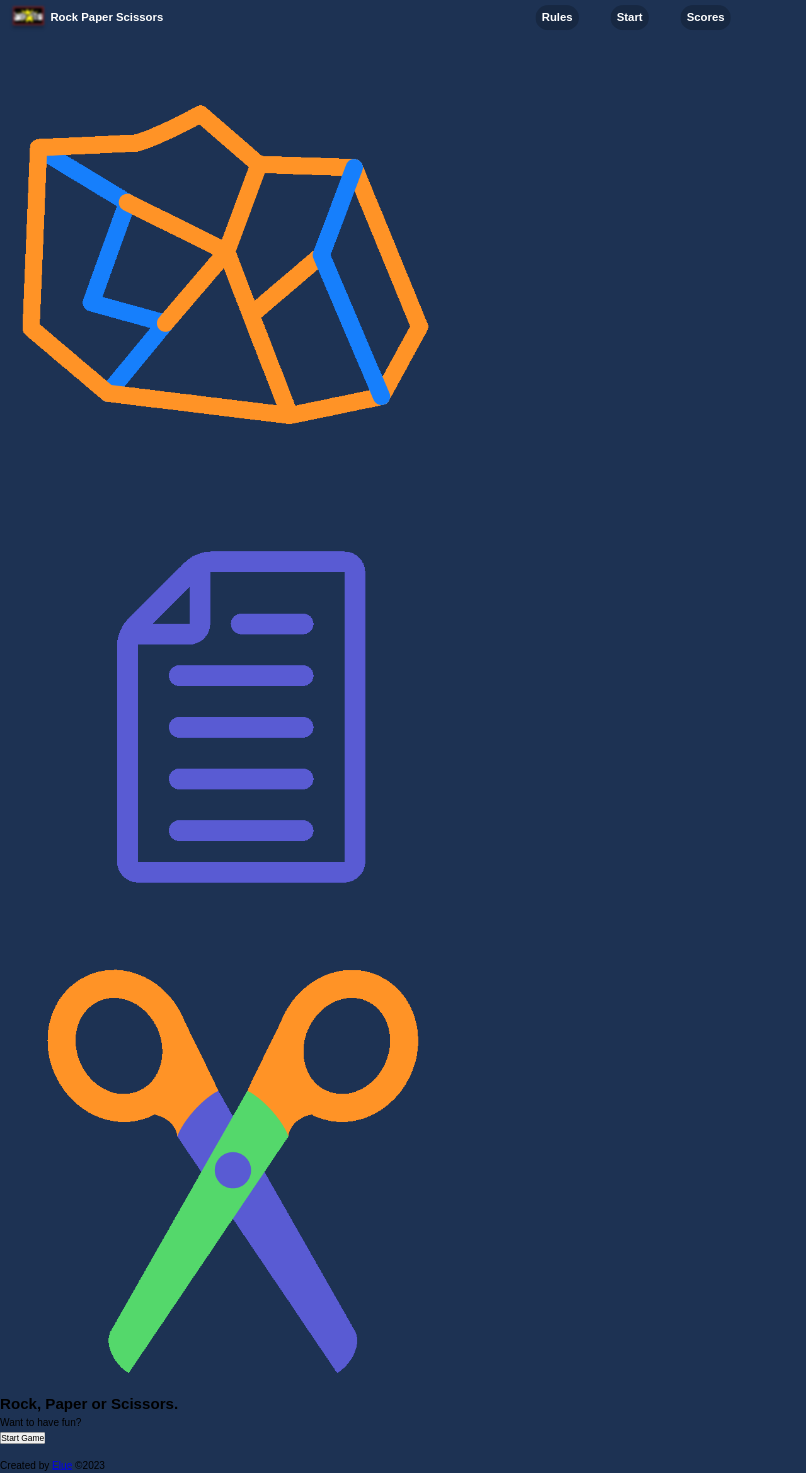
Repository: MikkyPrestige/rock-paper-scissors
Page: index.html
An editor plug-in stored every save of this project. The page is shown before and after the next save, followed by the edit.
The browser window is 1280 px wide. The pictures show the whole page, at 63% of full size.

Above is the page before, as saved 2023-05-08 04:22:19.

After the next save:
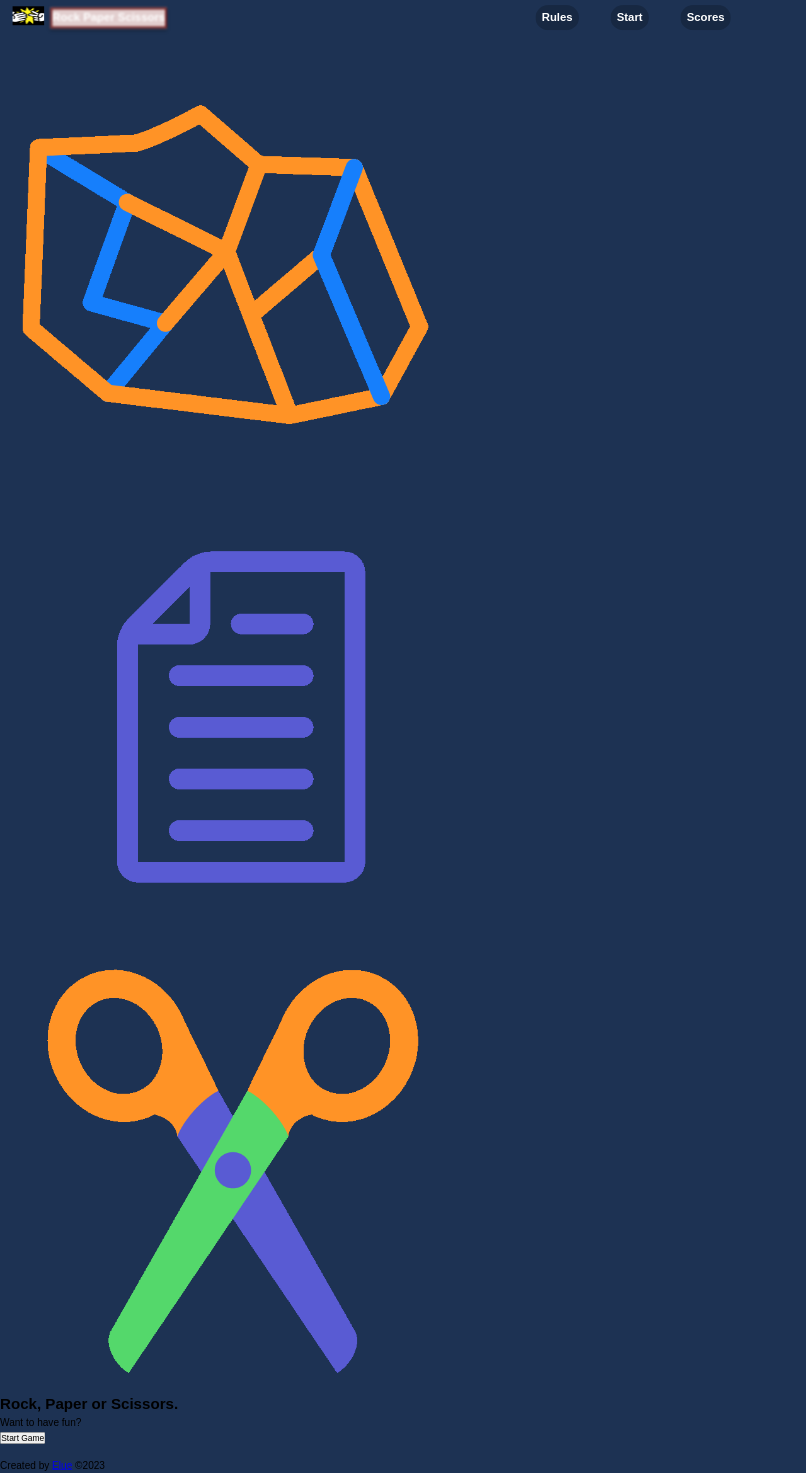
Saved 19 s later.
--- a/index.css
+++ b/index.css
@@ -47,16 +47,16 @@ figure {
 .logo {
   width: 5rem;
   height: 3rem;
-  background: #E2CECE;
-border: 3px solid #741D1D;
-box-shadow: 0px 4px 4px rgba(0, 0, 0, 0.25);
-filter: blur(2px);
 }
 
 figcaption {
   font-size: 1.8rem;
   font-weight: 600;
   color: rgba(255, 255, 255, 1);
+  background: #E2CECE;
+border: 3px solid #741D1D;
+box-shadow: 0px 4px 4px rgba(0, 0, 0, 0.25);
+filter: blur(2px);
 }
 
 nav {
